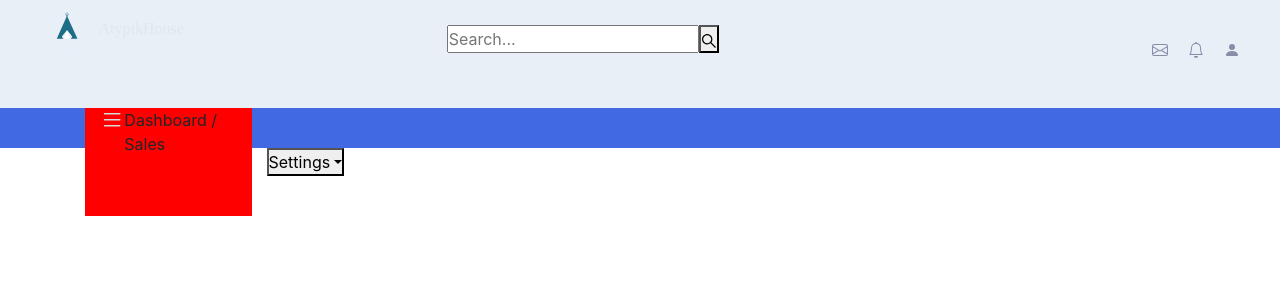
Repository: kifack/API-Symfony-AtypikHouse
Page: / (app in admin-frontend/)
The author's editor kept a copy of each file at every save. The page is drawn from the files as they stood at one save, then again after the next save.
The browser window is 1280 px wide. The pictures show the whole page.
Some web libraries are served in a nearby version. The project was rebuilt for these pictures with package versions that can differ from the ones it lists, and the page was loaded fresh each time. Also part of the build but not shown: admin-frontend/src/css/Responsive.css, admin-frontend/src/css/admin/navbar.css, admin-frontend/src/components/template_parts/Header.js, admin-frontend/src/components/template_parts/Footer.js, admin-frontend/src/components/template_parts/Sidebar.js, admin-frontend/src/components/partials/LocationEntry.js, admin-frontend/src/components/template_parts/Spinner.js, admin-frontend/src/actions/location.js and 26 more.

Above is the page before, as saved 2020-10-01 19:36:17.

After the next save:
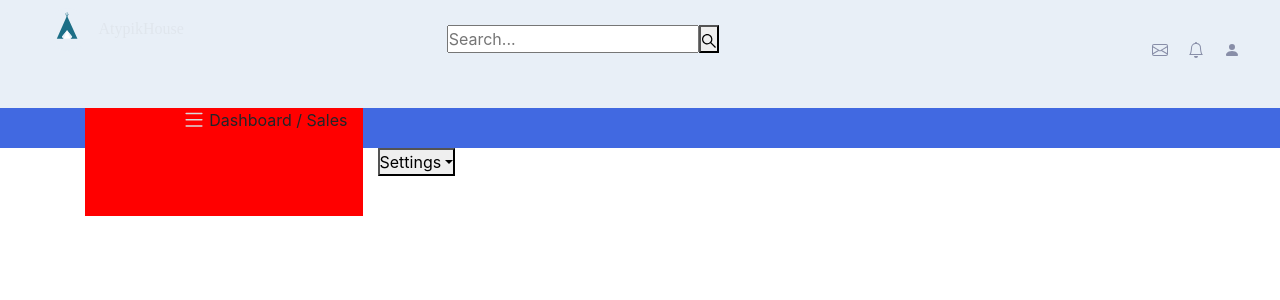
Saved 6 s later.
--- a/admin-frontend/src/css/App.css
+++ b/admin-frontend/src/css/App.css
@@ -168,7 +168,7 @@ header .sous-header .col:first-child{
 
 }
 header .sous-header .row{
-  width: 30%;
+  width: 50%;
   margin: 0;
   padding: 0;
 
